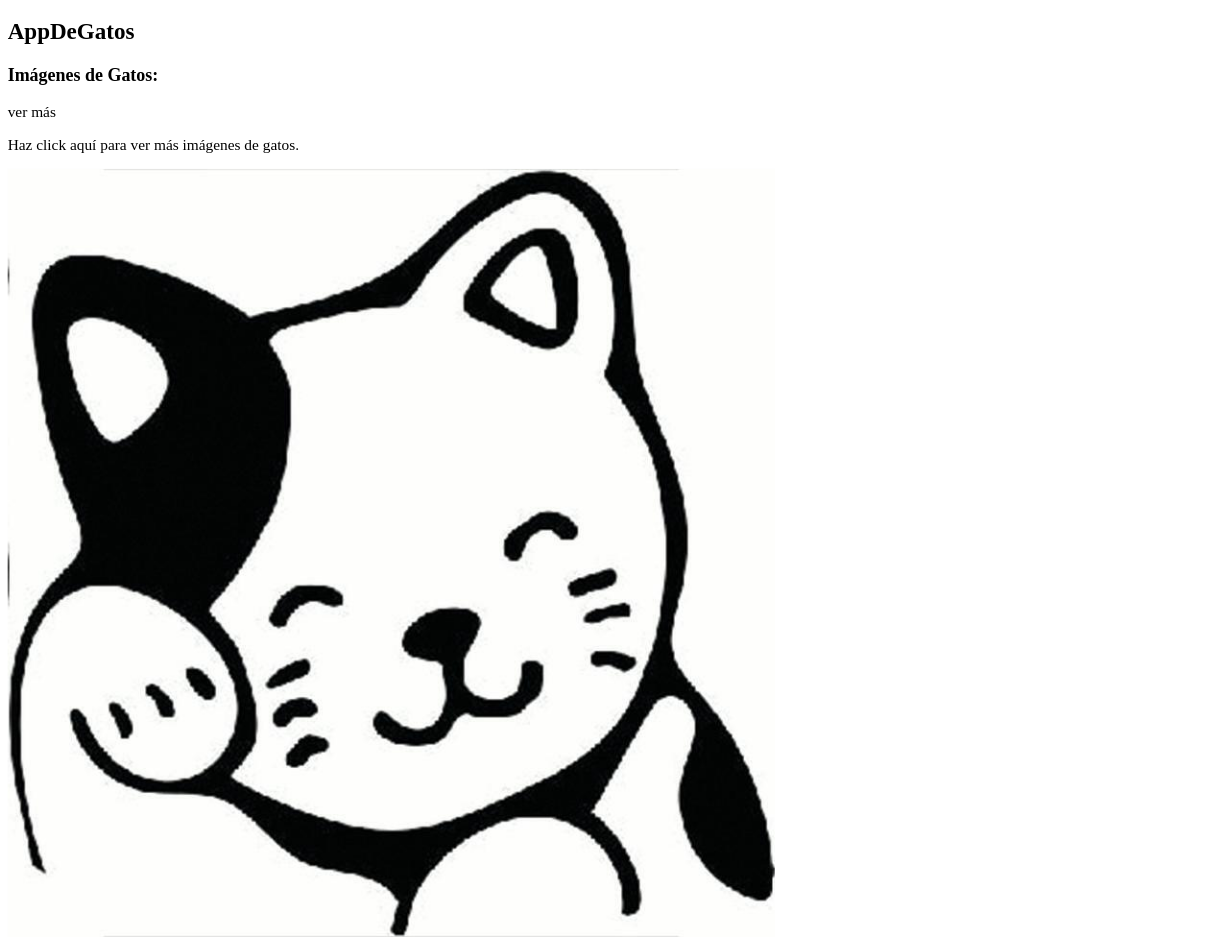
Repository: pedro-donoso/curso-html---css
Page: index.html
The author's editor kept a copy of each file at every save. The page is drawn from the files as they stood at one save, then again after the next save.
The browser window is 1280 px wide. The pictures show the whole page, at 96% of full size.

Above is the page before, as saved 2023-11-03 10:41:25.

After the next save:
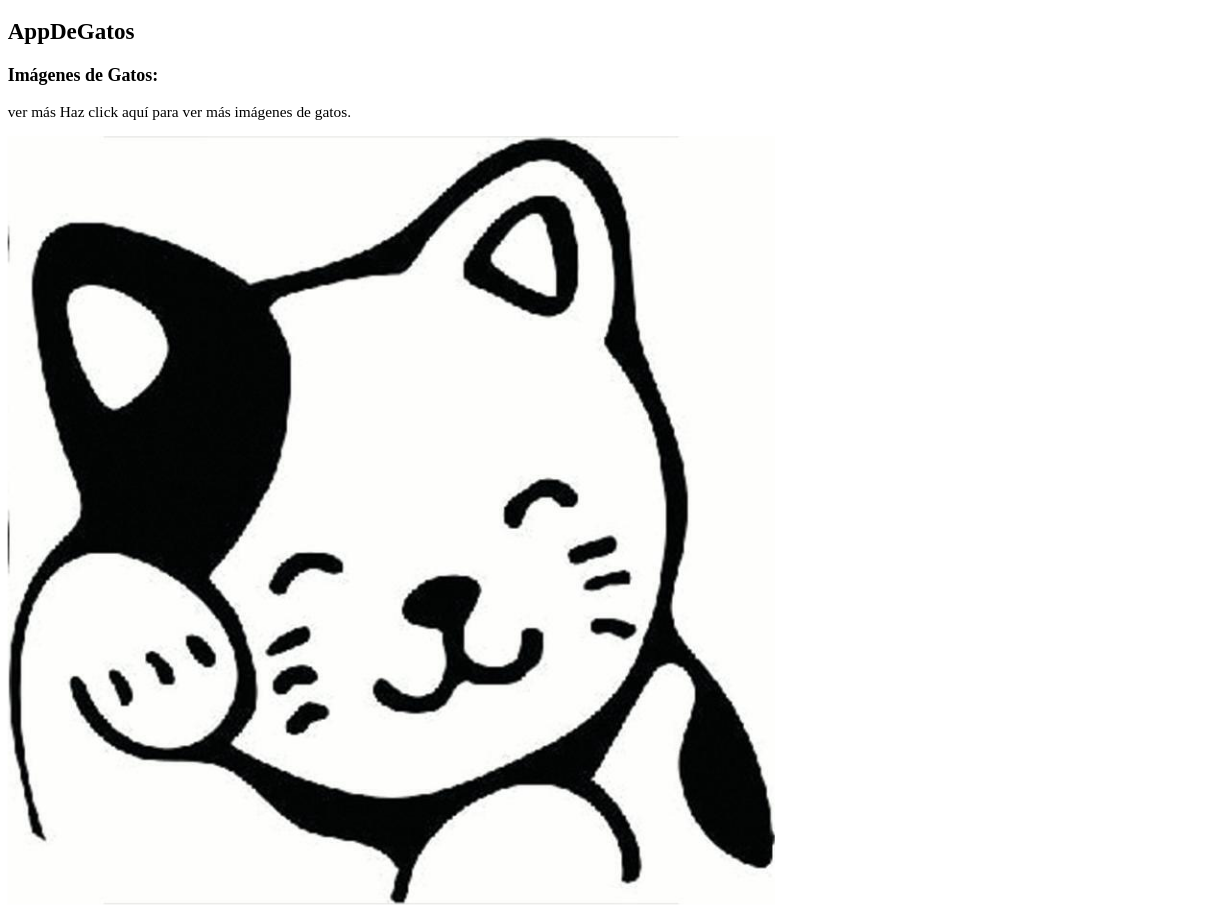
Saved 6 s later.
--- a/index.html
+++ b/index.html
@@ -10,7 +10,7 @@
     <main>
       <h3>Imágenes de Gatos:</h3>
         <!-- TODO: Agregar enlace a imágenes de gatos -->
-        ver más
+        ver más <a
           <p>Haz click aquí para ver más imágenes de gatos.</p>
           <img src="./assets/img/gato.jpg" alt="gato">
     </main>

After the 3 saves that followed:
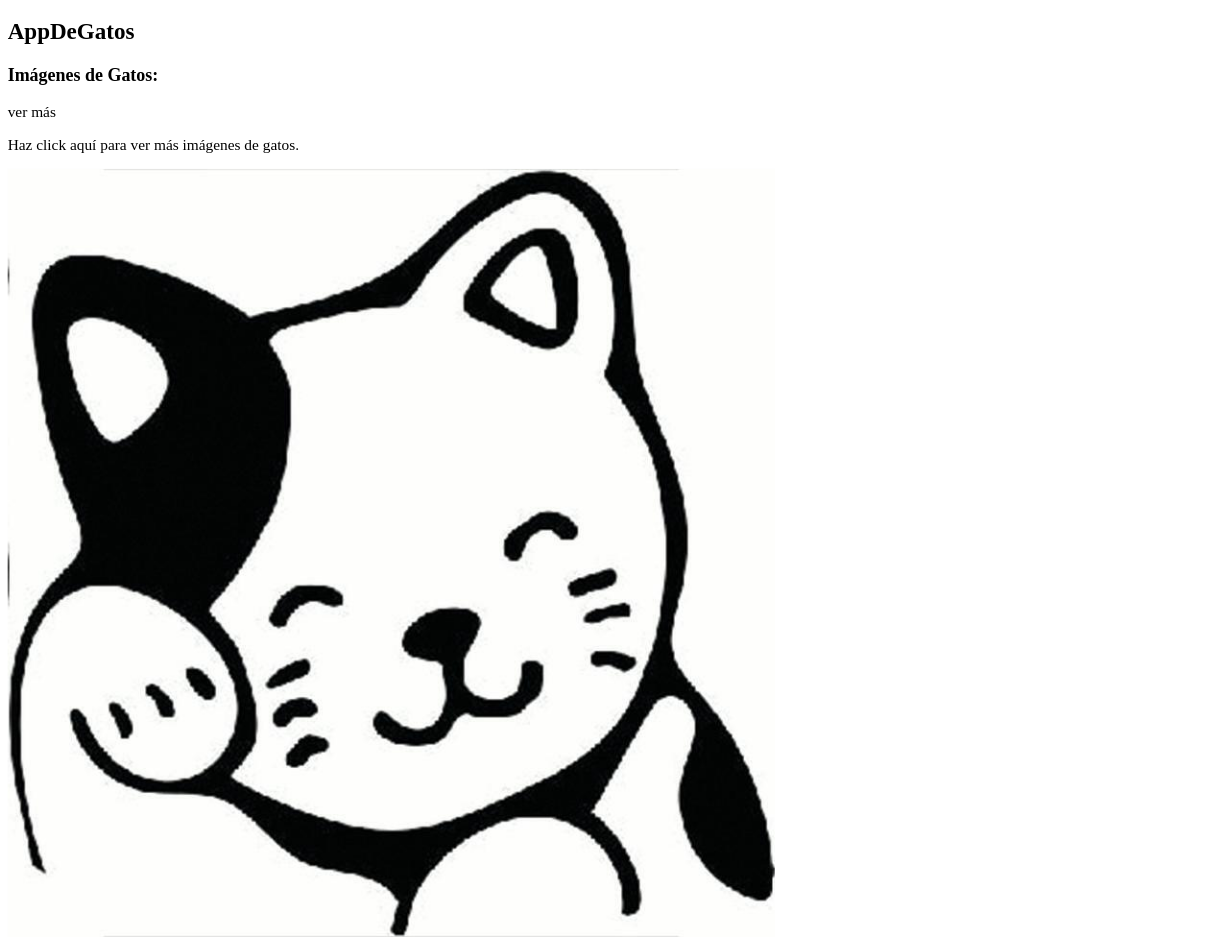
The 3 saves are shown as one change because 2 left the picture as it was.
The last was saved 76 s later.
--- a/index.html
+++ b/index.html
@@ -10,7 +10,7 @@
     <main>
       <h3>Imágenes de Gatos:</h3>
         <!-- TODO: Agregar enlace a imágenes de gatos -->
-        ver más <a
+        ver más <a href: />
           <p>Haz click aquí para ver más imágenes de gatos.</p>
           <img src="./assets/img/gato.jpg" alt="gato">
     </main>
